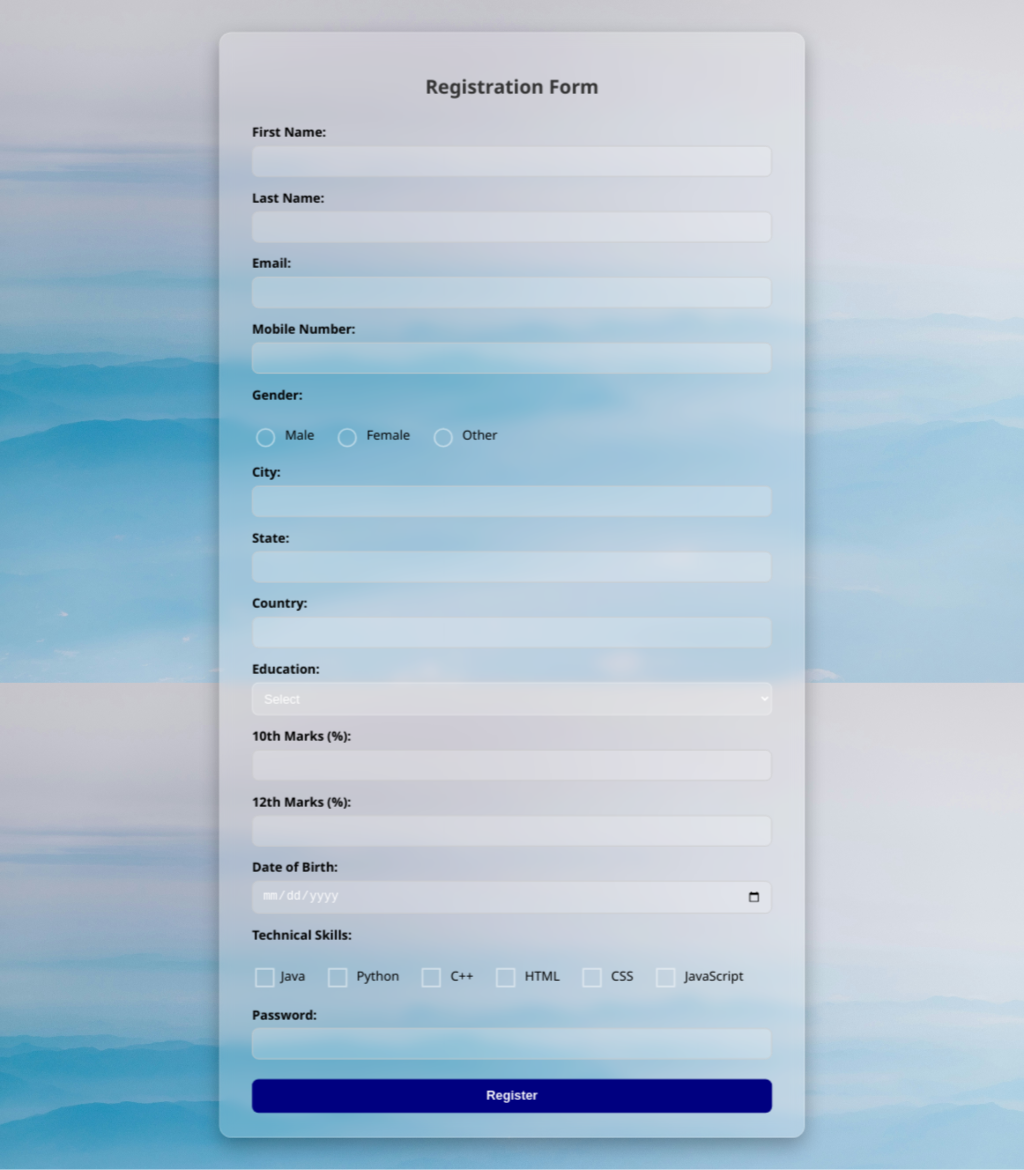
Repository: aboli-vyas/Servlet_Projects
Page: Sevlet_Project/src/main/webapp/Registration.html
The author's editor kept a copy of each file at every save. The page is drawn from the files as they stood at one save, then again after the next save.
The browser window is 1280 px wide. The pictures show the whole page, at 80% of full size.
Backgrounds fixed to the window are drawn as part of the page.

Above is the page before, as saved 2025-06-07 04:08:02.

After the next save:
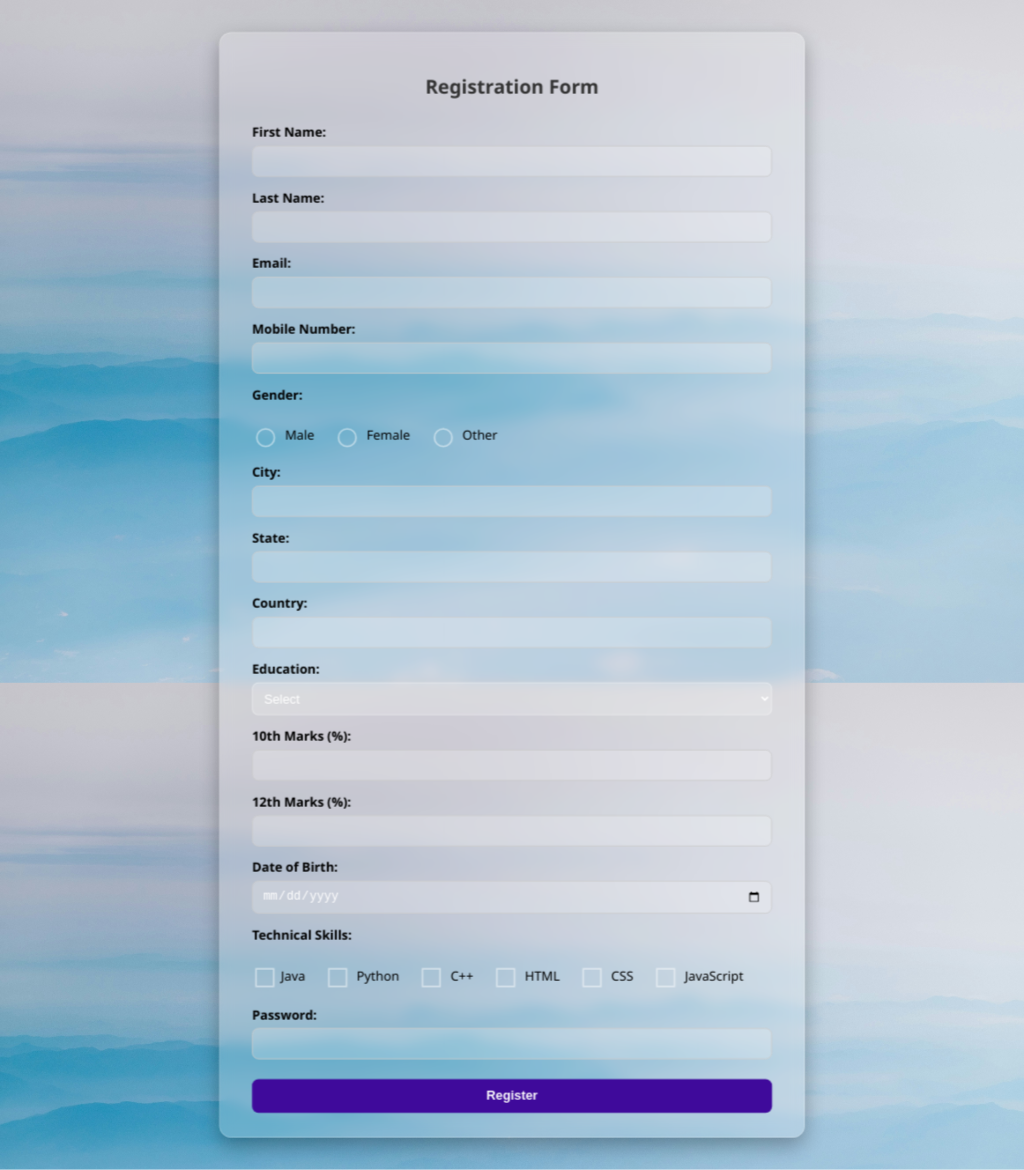
Saved 67 s later.
--- a/Sevlet_Project/src/main/webapp/style.css
+++ b/Sevlet_Project/src/main/webapp/style.css
@@ -89,7 +89,7 @@ button {
     margin-top: 25px;
     width: 100%;
     padding: 12px;
-    background:navy;
+    background: #3f0a9b ;
     color: white;
     border: none;
     font-size: 16px;
